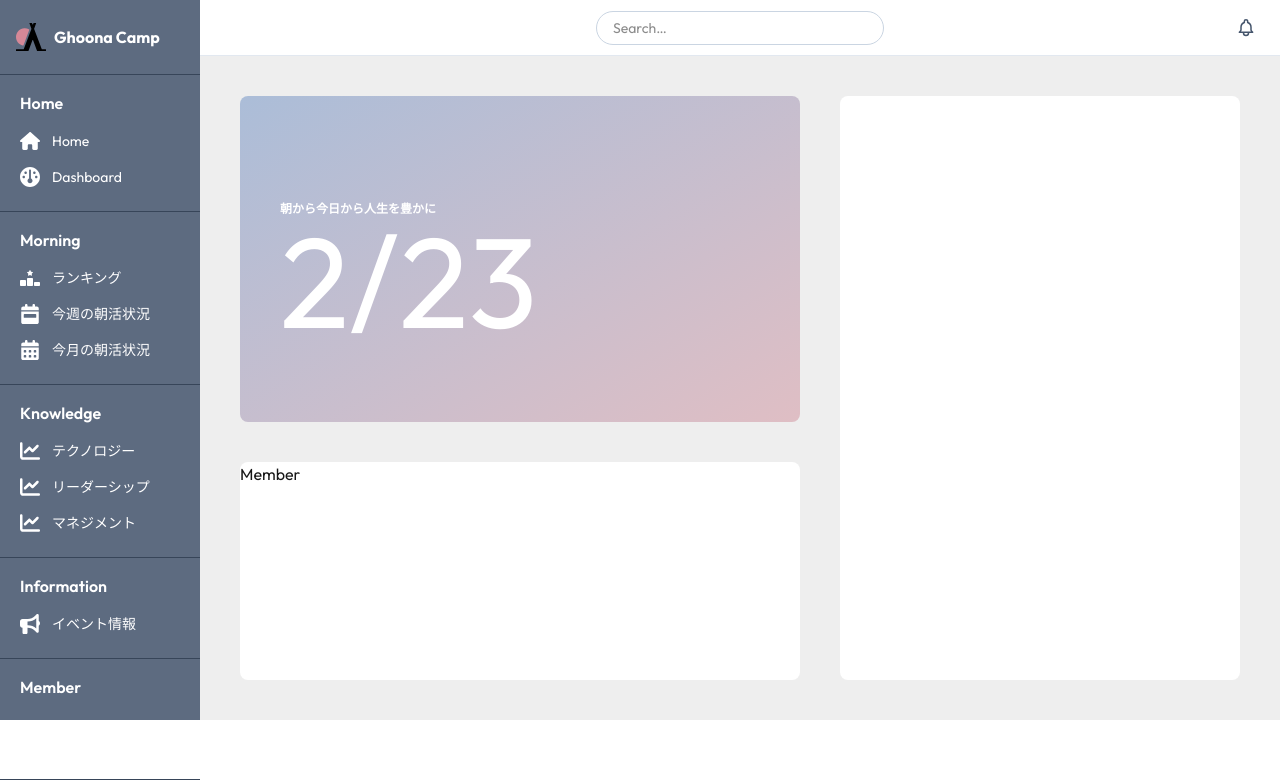
Repository: ShotaGhoona/ghoonacamp_platform
Page: /home
These files come from the project's save history. The page is drawn as it stood at one moment and after the next save; the edit follows.
The browser window is 1280 px wide. The pictures show the whole page.
The page's requests for data from a server got no answer. The project was rebuilt for these pictures with package versions that can differ from the ones it lists, and the page was loaded fresh each time. The framework's server and built-in components were replaced by stand-ins that run in the browser. No one was signed in, and anything a server would have sent is missing. Also part of the build but not shown: next.config.js.

Above is the page before, as saved 2025-04-25 11:09:48.

### src/app/layout.tsx
import type { Metadata } from 'next';
import { Outfit } from 'next/font/google';
import './globals.css';
import Sidebar from '@/components/display/sidebar';
import Header from '@/components/display/header';
import { AuthProvider } from './providers';

const outfit = Outfit({ subsets: ['latin'] });

export const metadata: Metadata = {
  title: 'Ghoona Camp',
  description: 'Ghoona Camp Platform',
};

export default function RootLayout({
  children,
}: {
  children: React.ReactNode;
}) {
  return (
    <html lang="ja">
      <body className={outfit.className}>
        <AuthProvider>
          <div className="flex">
            <div className="w-[200px] transition-all duration-300">
              <Sidebar />
            </div>
            <div className="flex-1 flex flex-col min-h-screen">
              <Header />
              <main className=" bg-[#EEEEEE] flex-1 px-10 py-10">{children}</main>
            </div>
          </div>
        </AuthProvider>
      </body>
    </html>
  );
}

### src/app/home/page.tsx
import IndexPage from "@/features/home/home/display/index";

export default function Home() {
  return (
    <IndexPage />
  );
}

### src/components/display/sidebar.tsx
'use client';

import Link from 'next/link';
import { usePathname } from 'next/navigation';
import clsx from 'clsx';

const groups: { title: string; links: { href: string; label: string; icon: string }[] }[] = [
  {
    title: 'Home',
    links: [
      { href: '/home', label: 'Home', icon: '/svg/sidebarIcon/home.svg' },
      { href: '/home/dashboard', label: 'Dashboard', icon: '/svg/sidebarIcon/dashboard.svg' },
    ],
  },
  {
    title: 'Morning',
    links: [
      { href: '/morning/ranking', label: 'ランキング', icon: '/svg/sidebarIcon/ranking.svg' },
      { href: '/morning/weekend', label: '今週の朝活状況', icon: '/svg/sidebarIcon/week.svg' },
      { href: '/morning/month', label: '今月の朝活状況', icon: '/svg/sidebarIcon/month.svg' },
    ],
  },
  {
    title: 'Knowledge',
    links: [
      { href: '/knowledge/tech', label: 'テクノロジー', icon: '/svg/sidebarIcon/analysis.svg' },
      { href: '/knowledge/leadership', label: 'リーダーシップ', icon: '/svg/sidebarIcon/analysis.svg' },
      { href: '/knowledge/management', label: 'マネジメント', icon: '/svg/sidebarIcon/analysis.svg' },
    ],
  },
  {
    title: 'Information',
    links: [{ href: '/information/events', label: 'イベント情報', icon: '/svg/sidebarIcon/externalEvents.svg' }],
  },
  {
    title: 'Member',
    links: [{ href: '/members', label: 'GhoonaCamper一覧', icon: '/svg/sidebarIcon/analysis.svg' }],
  },
];

export default function Sidebar() {
  const pathname = usePathname();

  return (
    <aside className="w-full h-screen bg-[#5D6B80] text-white">
      <div className="flex items-center gap-2 h-[75px] px-4 border-b border-[#374559]">
        <img src="/svg/logo.svg" alt="Ghoona Camp" className="w-[30px] h-[30px]" />
        <span className="font-bold">Ghoona Camp</span>
      </div>

      <nav>
        {groups.map((g) => (
          <div key={g.title} className="border-b border-[#374559] px-[20px] py-4">
            <p className="text-base font-semibold mb-2">
              {g.title}
            </p>
            {g.links.map((l) => (
              <Link
                key={l.href}
                href={l.href}
                className={clsx(
                  'flex items-center gap-3 py-2 text-sm',
                  pathname === l.href
                    ? 'bg-primary text-white'
                    : 'hover:bg-slate-600'
                )}
              >
                <img src={l.icon} alt={l.label} className="w-[20px] h-[20px]" />
                <span>{l.label}</span>
              </Link>
            ))}
          </div>
        ))}
      </nav>
    </aside>
  );
}

### src/components/display/header.tsx
'use client';

import Image from 'next/image';
import { useSession } from 'next-auth/react';

export default function Header() {
  const { data: session } = useSession();

  return (
    <header className="flex items-center justify-between h-14 px-6 border-b border-slate-200 bg-white">
      {/* 空白をあけて中央に検索バーを置くレイアウト */}
      <div className="flex-1" />

      <div className="flex-1 flex justify-center">
        {/* ダミー検索バー */}
        <input
          type="text"
          placeholder="Search…"
          className="w-72 rounded-full border border-slate-300 px-4 py-1.5 text-sm focus:outline-primary"
        />
      </div>

      <div className="flex-1 flex justify-end items-center gap-4">
        {/* 通知ベルなど置く予定ならここ */}
        <button className="relative">
          <span className="sr-only">Notifications</span>
          <svg
            className="w-5 h-5 text-slate-600"
            fill="none"
            stroke="currentColor"
            strokeWidth={1.8}
            viewBox="0 0 24 24"
          >
            <path
              strokeLinecap="round"
              strokeLinejoin="round"
              d="M15 17h5l-1.405-1.405A2.032 2.032 0 0118 14.158V11a6.002 6.002 0 00-4-5.659V4a2 2 0 10-4 0v1.341C7.67 6.165 6 8.388 6 11v3.159c0 .538-.214 1.055-.595 1.436L4 17h5m6 0v1a3 3 0 11-6 0v-1m6 0H9"
            />
          </svg>
        </button>

        {/* ユーザー情報 */}
        {session?.user && (
          <div className="flex items-center gap-3">
            <span className="text-sm font-medium text-slate-700">
              {session.user.name}
            </span>
            <Image
              src={session.user.image || "/avatar-placeholder.png"}
              alt={session.user.name || "Avatar"}
              width={32}
              height={32}
              className="rounded-full ring-1 ring-slate-300"
            />
          </div>
        )}
      </div>
    </header>
  );
}

### src/features/home/home/display/index.tsx

// コンポーネント
import Hero from "./hero";
import Member from "./member";
export default function IndexPage() {
  return (
    <div className="flex gap-10 h-full">
      <div className="flex-1 flex flex-col gap-10 h-full rounded-lg">
        <div className="flex flex-col bg-gradient-to-br from-[#ABBDD8] to-[#DFBEC4] h-[60%] rounded-lg">
          <Hero />
        </div>
        <div className="w-full h-[40%] bg-white rounded-lg">
          <Member />
        </div>
      </div>
      <div className="w-[400px] h-full bg-white rounded-lg">

      </div>
    </div>
  );
}

### src/features/home/home/display/hero.tsx
export default function Hero() {
  return (
    <div className="w-full h-full p-10 flex justify-between">
      <div className="flex flex-col gap-10">
        <div className="h-[10%]"></div>
        <div className="flex-1 text-white">
            <p className="text-xs font-bold">朝から今日から人生を豊かに</p>
            <p className="text-9xl">2/23</p>
        </div>
      </div>
      <div className=""></div>
    </div>
  );
}

### src/features/home/home/display/member.tsx
export default function Member() {
  return (
    <div>
      <h1>Member</h1>
    </div>
  );
}

Loaded but not shown: src/app/globals.css (common file); src/app/providers.tsx (common file)

After the next save:
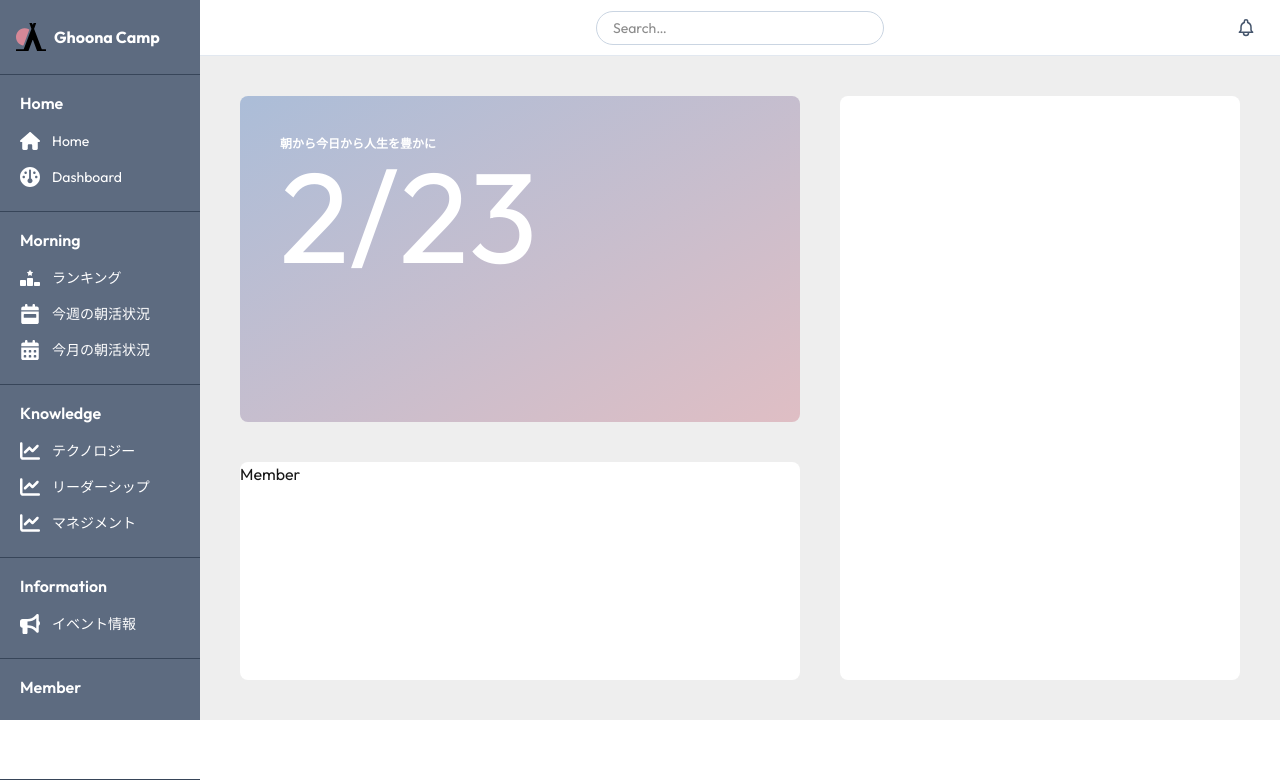
Saved 28 s later.
--- a/src/features/home/home/display/hero.tsx
+++ b/src/features/home/home/display/hero.tsx
@@ -1,13 +1,10 @@
 export default function Hero() {
   return (
     <div className="w-full h-full p-10 flex justify-between">
-      <div className="flex flex-col gap-10">
-        <div className="h-[10%]"></div>
-        <div className="flex-1 text-white">
-            <p className="text-xs font-bold">朝から今日から人生を豊かに</p>
-            <p className="text-9xl">2/23</p>
-        </div>
-      </div>
+            <div className="flex-1 text-white">
+                <p className="text-xs font-bold">朝から今日から人生を豊かに</p>
+                <p className="text-9xl">2/23</p>
+            </div>
       <div className=""></div>
     </div>
   );
